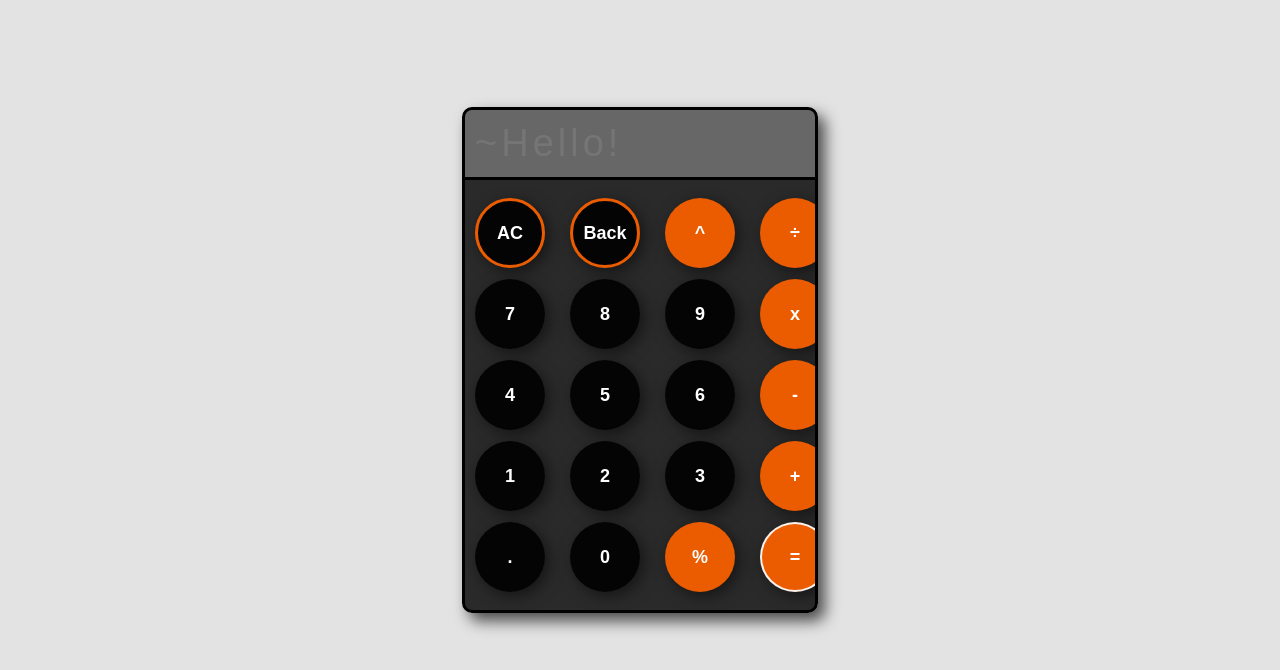
Repository: SakthivelDurai47/calculator
Page: index.html
These files come from the project's save history. The page is drawn as it stood at one moment and after a run of saves; the edit follows.
The browser window is 1280 px wide. The pictures show the whole page.

Above is the page before, as saved 2025-04-13 17:06:56.

After the next 2 saves:
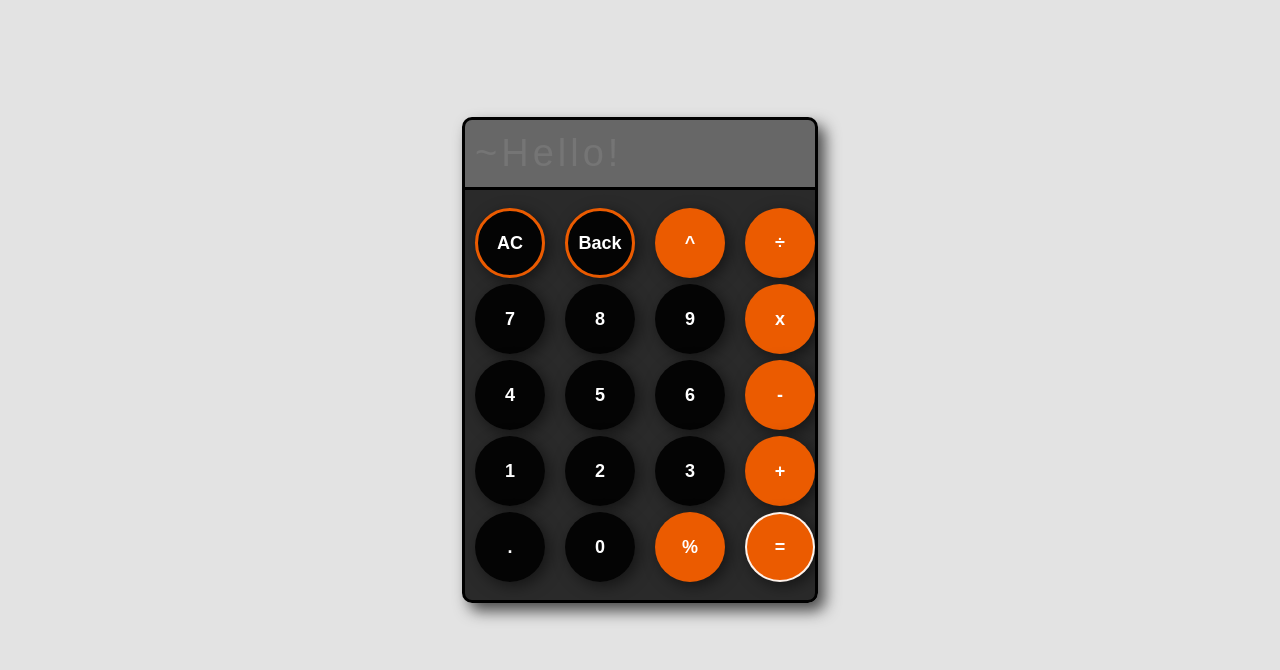
The 2 saves are shown as one change because they came seconds apart.
The last was saved 10 s later.
--- a/styles.css
+++ b/styles.css
@@ -9,7 +9,6 @@
 #buttons {
   display: grid;
   grid-template-columns: repeat(4, 1fr);
-  gap: 5px;
   align-items: center;
   justify-items: center;
 }

After the save that followed:
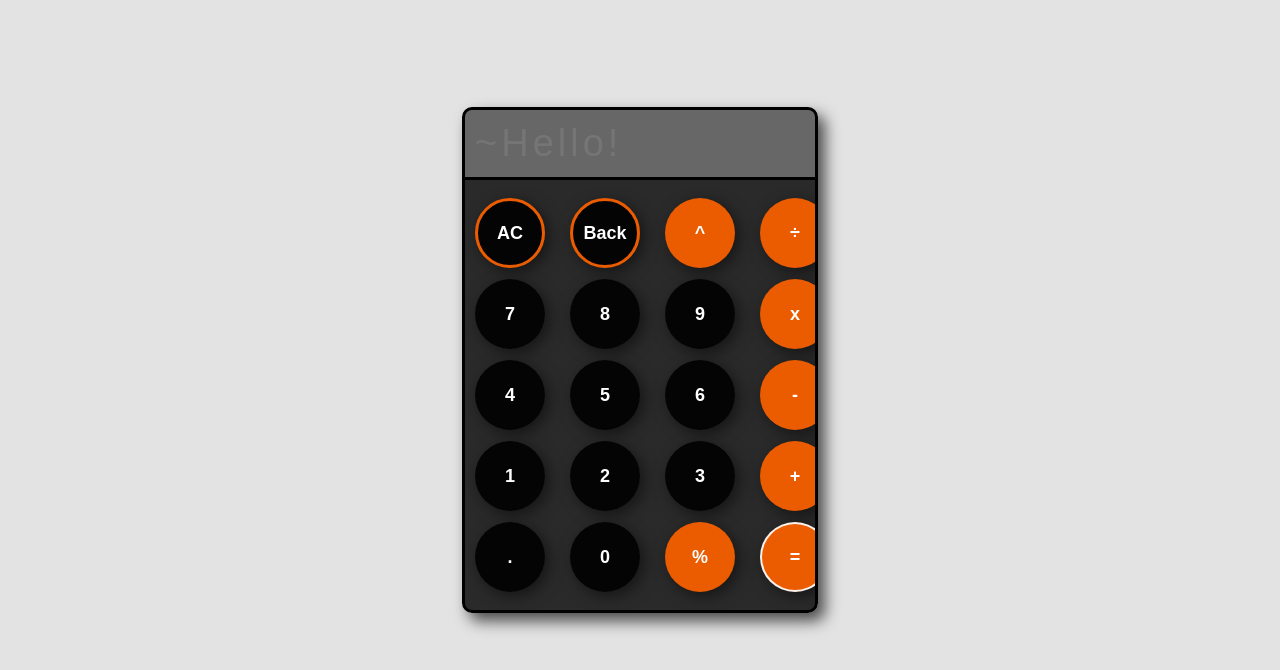
Saved 10 s later.
--- a/styles.css
+++ b/styles.css
@@ -9,6 +9,7 @@
 #buttons {
   display: grid;
   grid-template-columns: repeat(4, 1fr);
+  gap: 5px;
   align-items: center;
   justify-items: center;
 }
